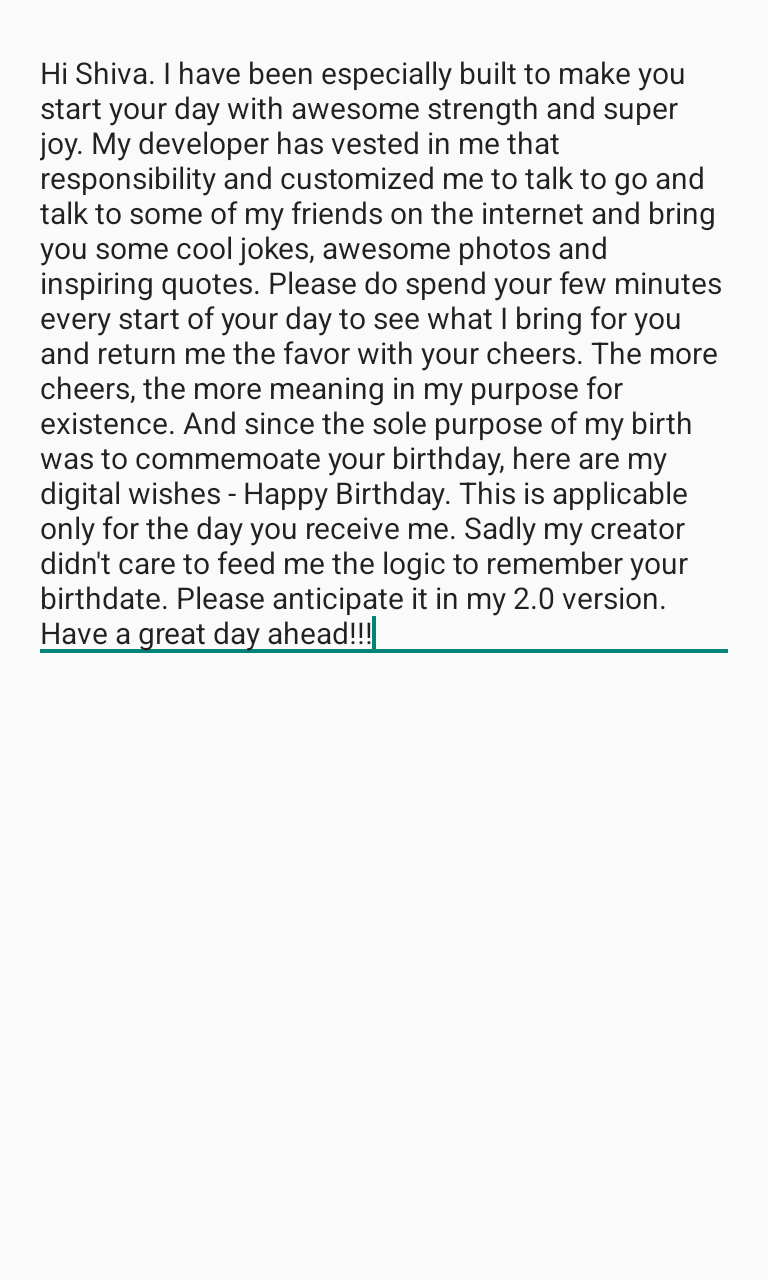
Repository: gitvas/FewMinutesEveryday
Layout: WorkspaceOne/FewMinutesEveryday/res/layout/activity_main.xml
An editor plug-in stored every save of this project. The layout is shown before and after the next save, followed by the edit.
It is drawn on a 768 x 1280 px phone screen (xhdpi) without system bars, with theme AppTheme; the app's code is not run.

Above is the layout before, as saved 2014-08-18 16:15:02.

After the next save:
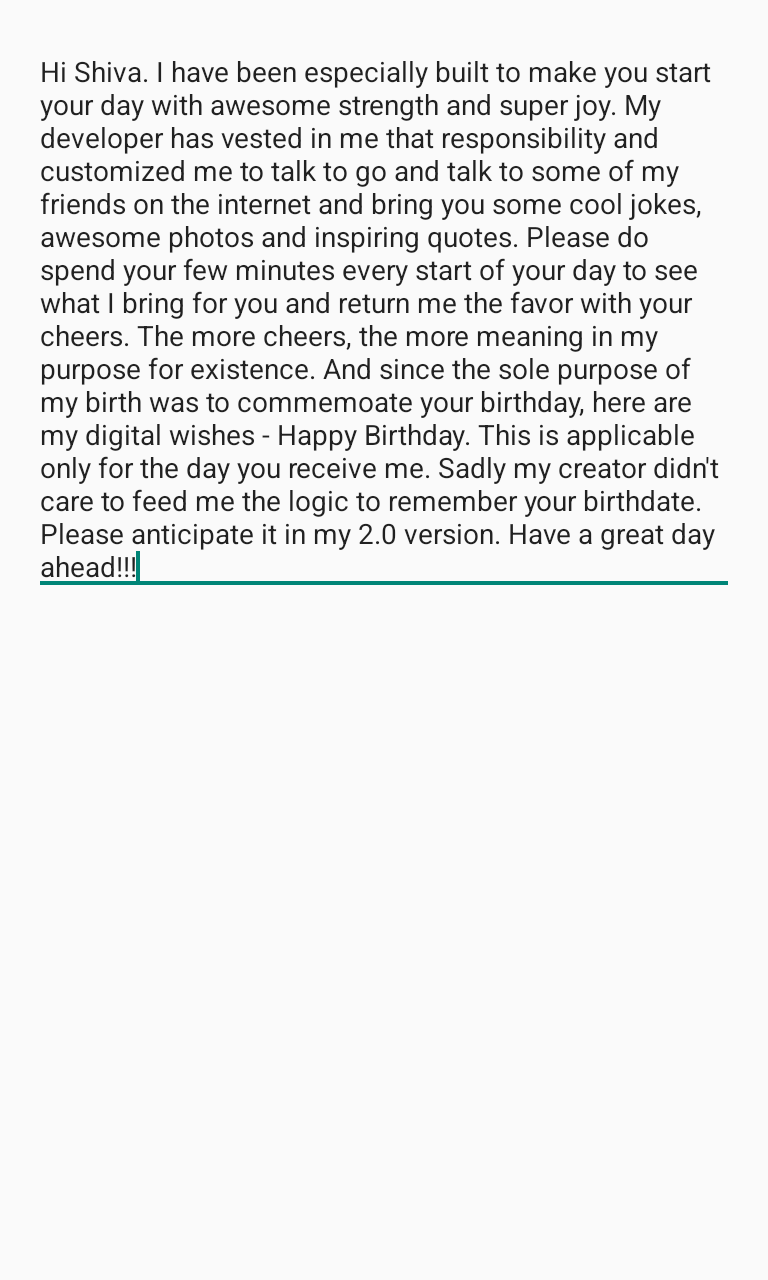
Saved 13 s later.
--- a/WorkspaceOne/FewMinutesEveryday/res/layout/activity_main.xml
+++ b/WorkspaceOne/FewMinutesEveryday/res/layout/activity_main.xml
@@ -13,7 +13,7 @@
         android:layout_width="fill_parent"
         android:layout_height="wrap_content"
         android:layout_centerHorizontal="true"
-        android:textSize="15sp"
+        android:textSize="14sp"
         android:ems="10"
         android:inputType="textMultiLine"
         android:text="@string/intro_text" >
